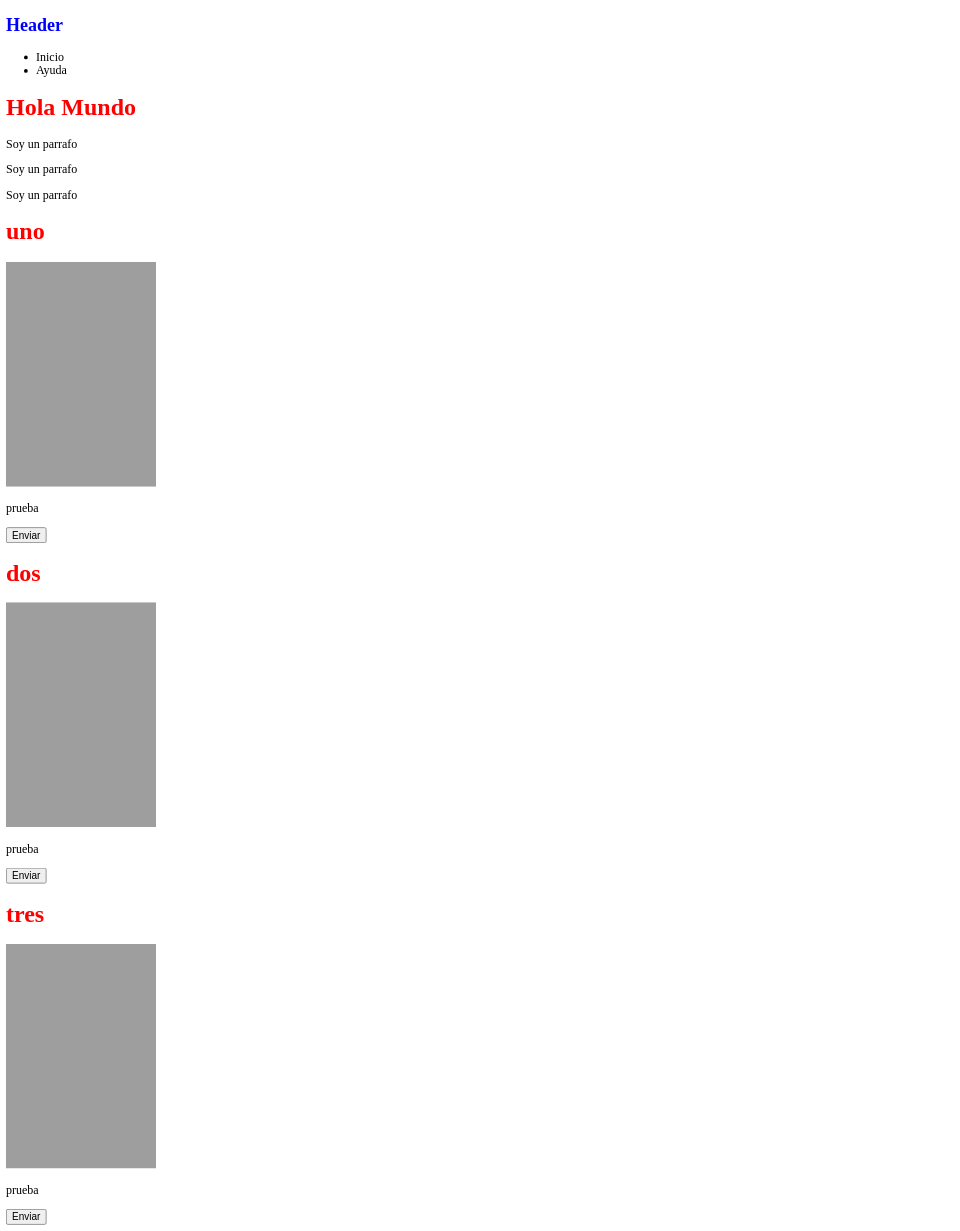
Repository: Klauditha/desafio_modulo_react
Page: / (app in 01_Introduccion/ClasePrincipal/)
An editor plug-in stored every save of this project. The page is shown before and after the next save, followed by the edit.
The browser window is 1280 px wide. The pictures show the whole page, at 75% of full size.
Pictures or frames that could not be fetched are drawn as grey boxes. The project was rebuilt for these pictures with package versions that can differ from the ones it lists, and the page was loaded fresh each time. Also part of the build but not shown: 01_Introduccion/ClasePrincipal/vite.config.js, 01_Introduccion/ClasePrincipal/src/index.css.

Above is the page before, as saved 2023-09-07 23:53:54.

After the next save:
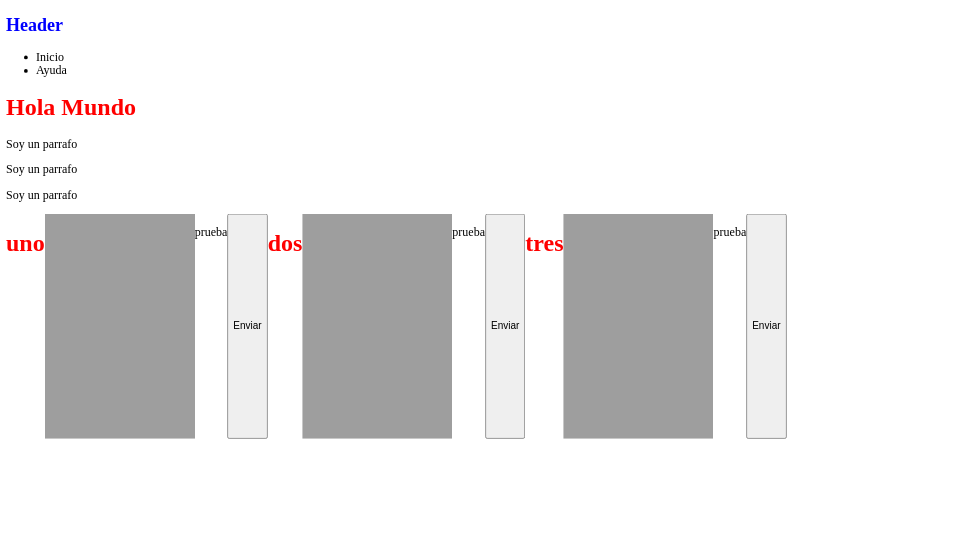
Saved 26 s later.
--- a/01_Introduccion/ClasePrincipal/src/App.css
+++ b/01_Introduccion/ClasePrincipal/src/App.css
@@ -5,3 +5,7 @@ h1{
 h2{
   color:blue
 }
+
+.container{
+  display: flex;
+}
